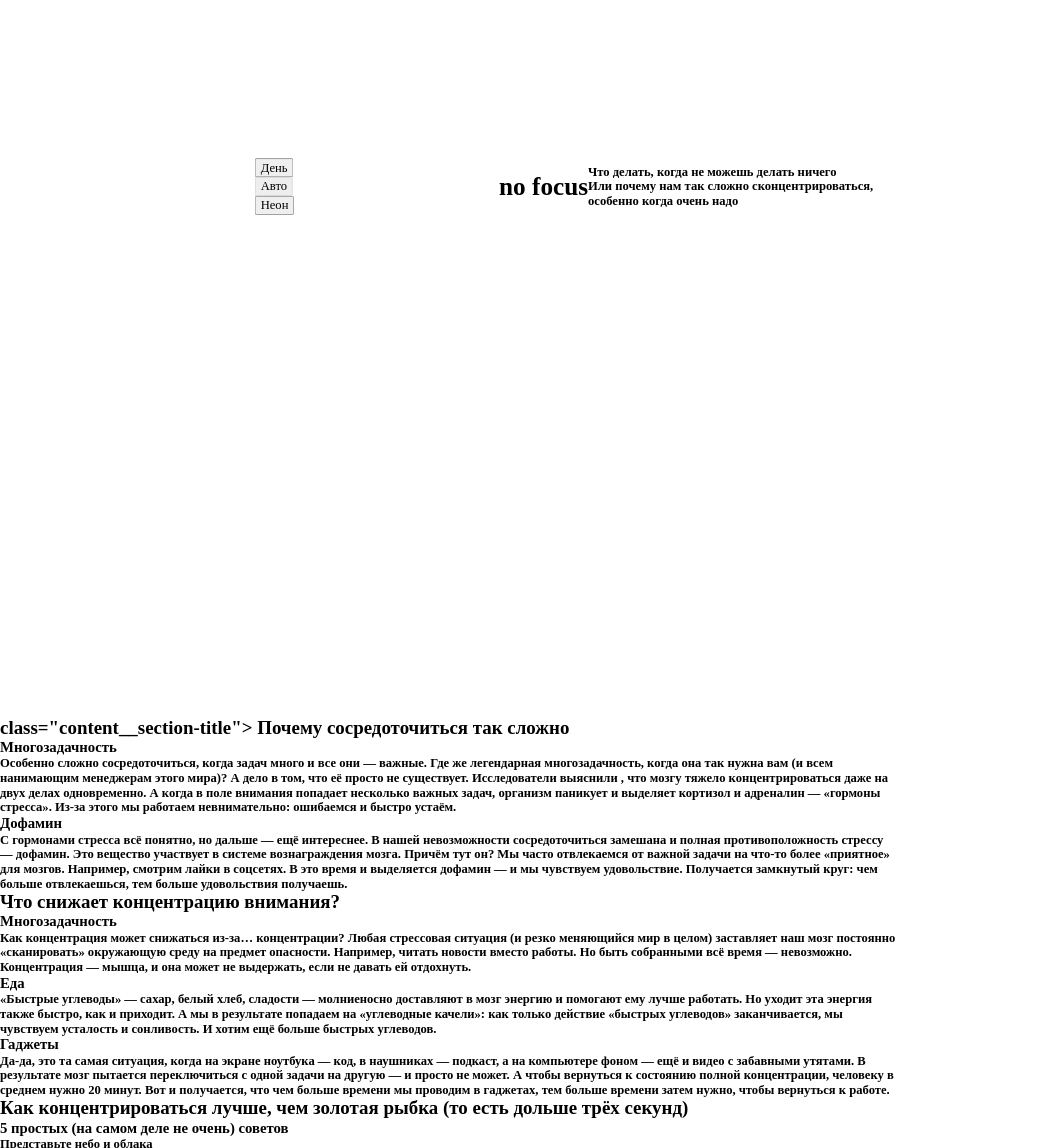
Repository: NikWolf75/slozhno-sosredotochitsya-fd
Page: index.html
An editor plug-in stored every save of this project. The page is shown before and after a run of saves, followed by the edit.
The browser window is 1280 px wide. The page is 1500 px wide, so the pictures cover 1500 px, including what lies to the right of the window. The pictures show the part of the page from y = 0 to 1640 px (the page is 5089 px tall before and 4833 px after), at 70% of full size.

Above is the page before, as saved 2025-02-26 11:24:24.

### index.html
<!DOCTYPE html>
<html lang="ru">
  <head>
    <meta charset="UTF-8" />
    <meta http-equiv="X-UA-Compatible" content="IE=edge" />
    <meta name="viewport" content="width=device-width, initial-scale=1.0" />
    <meta name="color-scheme" content="dark light" />
    <link rel="stylesheet" href=".fonts/fonts.css" />
    <link rel="stylesheet" href=".styles/globals.css" />
    <link rel="stylesheet" href="./styles/variables.css" />
    <link rel="stylesheet" href="./styles/style.css" />
    <link rel="stylesheet" href="./styles/dark.css" />
    <link rel="stylesheet" href="./styles/light.css" />
    <link rel="icon" href="image/favicon.ico" />
    <title>Сложно сосредоточиться</title>
    <script src="./scripts/script.js"></script>
  </head>
  <body class="page">
    <div class="rec_element" aria-hidden="true"></div>
    <header class="header decorated-zone">
      <nav class="header__theme-menu">
        <ul class="header__theme-menu-list">
          <li class="header__theme-menu-item">
            <button
              class="header__theme-menu-button header__theme-menu-button_type_light"
            >
              День
            </button>
          </li>
          <li class="header__theme-menu-item">
            <button
              class="header__theme-menu-button header__theme-menu-button_active header__theme-menu-button_type_auto"
              disabled
            >
              Авто
            </button>
          </li>
          <li class="header__theme-menu-item">
            <button
              class="header__theme-menu-button header__theme-menu-button_type_dark"
            >
              Неон
            </button>
          </li>
        </ul>
      </nav>
      <h1 class="header__title">no focus</h1>
      <div class="header__undertitle title-decor">
        <p>Что делать, когда не можешь делать ничего</p>
        <p>
          Или почему нам так сложно сконцентрироваться, особенно когда очень
          надо
        </p>
      </div>
    </header>
    <main class="content">
      <section class="content__section content__why">
        <h2>
          class="content__section-title"> Почему сосредоточиться так сложно
        </h2>
        <article class="content__section-text_block">
          <h3 class="content__section-text_block-undertitle title-decor">
            Многозадачность
          </h3>
          <p class="content__section-text_block-text">
            Особенно сложно сосредоточиться, когда задач много и все они —
            важные. Где же легендарная многозадачность, когда она так нужна вам
            (и всем нанимающим менеджерам этого мира)? А дело в том, что её
            просто не существует. Исследователи выяснили , что мозгу тяжело
            концентрироваться даже на двух делах одновременно. А когда в поле
            внимания попадает несколько важных задач, организм паникует и
            выделяет кортизол и адреналин — «гормоны стресса». Из-за этого мы
            работаем невнимательно: ошибаемся и быстро устаём.
          </p>
        </article>
        <article class="content__section-text_block">
          <h3 class="content__section-text_block-undertitle title-decor">
            Дофамин
          </h3>
          <p class="content__section-text_block-text">
            С гормонами стресса всё понятно, но дальше — ещё интереснее. В нашей
            невозможности сосредоточиться замешана и полная противоположность
            стрессу — дофамин. Это вещество участвует в системе вознаграждения
            мозга. Причём тут он? Мы часто отвлекаемся от важной задачи на
            что-то более «приятное» для мозгов. Например, смотрим лайки в
            соцсетях. В это время и выделяется дофамин — и мы чувствуем
            удовольствие. Получается замкнутый круг: чем больше отвлекаешься,
            тем больше удовольствия получаешь.
          </p>
        </article>
      </section>
      <section class="content__section content__what">
        <h2 class="content__section-title">
          Что снижает концентрацию внимания?
        </h2>
        <article class="content__section-text_block">
          <h3 class="content__section-text_block">Многозадачность</h3>
          <p class="content__section-item-text">
            Как концентрация может снижаться из-за… концентрации? Любая
            стрессовая ситуация (и резко меняющийся мир в целом) заставляет наш
            мозг постоянно «сканировать» окружающую среду на предмет опасности.
            Например, читать новости вместо работы. Но быть собранными всё время
            — невозможно. Концентрация — мышца, и она может не выдержать, если
            не давать ей отдохнуть.
          </p>
        </article>
        <article class="content__section-text_block">
          <h3 class="content__section-text_block-undertitle title-decor">
            Еда
          </h3>
          <p class="content__section-text_block-text">
            «Быстрые углеводы» — сахар, белый хлеб, сладости — молниеносно
            доставляют в мозг энергию и помогают ему лучше работать. Но уходит
            эта энергия также быстро, как и приходит. А мы в результате попадаем
            на «углеводные качели»: как только действие «быстрых углеводов»
            заканчивается, мы чувствуем усталость и сонливость. И хотим ещё
            больше быстрых углеводов.
          </p>
        </article>
        <article class="content__section-text_block">
          <h3 class="content__section-text_block-undertitle title-decor">
            Гаджеты
          </h3>
          <p class="content__section-text_block-text">
            Да-да, это та самая ситуация, когда на экране ноутбука — код, в
            наушниках — подкаст, а на компьютере фоном — ещё и видео с забавными
            утятами. В результате мозг пытается переключиться с одной задачи на
            другую — и просто не может. А чтобы вернуться к состоянию полной
            концентрации, человеку в среднем нужно 20 минут. Вот и получается,
            что чем больше времени мы проводим в гаджетах, тем больше времени
            затем нужно, чтобы вернуться к работе.
          </p>
        </article>
      </section>
      <section class="content__section content_how">
        <h2 class="content__section-title">
          Как концентрироваться лучше, чем золотая рыбка (то есть дольше трёх
          секунд)
        </h2>
        <article class="content__section-text_block">
          <h3
            class="content__section-text_block-undertitle tips-undertitle title-decor"
          >
            5 простых (на самом деле не очень) советов
          </h3>
          <h4 class="content__section-text_block-undertitle tips-undertitle">
            Представьте небо и облака
          </h4>
          <p class="content__section-text_block-text">
            Или листья в ручье. Тут дело в лёгкой медитации, которая помогает
            успокоиться. Ведь часто именно тревожные мысли о сложных задачах как
            раз и мешают эти сложные задачи делать. В такие моменты можно
            закрыть глаза и представить, что чистое небо — это вы, а облака —
            тревожные мысли. И сколько бы их ни было — ясное небо всегда будет
            где-то там, за тучами, и никуда не денется. Это упражнение поможет
            вернуться в настоящий момент, а не волноваться о потенциальных
            проблемах из будущего.
          </p>
        </article>
        <article class="content__section-text_block">
          <h4 class="content__section-text_block-undertitle title-decor">
            Включите музыку
          </h4>
          <p class="content__section-text_block-text">
            Но не любую, и не любимую. Любимая может быть связана с сильными
            положительными эмоциями, которые тоже очень сильно отвлекают.
            Подойдёт тихая, спокойная, умеренно-ритмичная. Можно вообще
            попробовать включить плейлист с «белым шумом» или нейромузыкой.
          </p>
        </article>
        <article class="content__section-text_block">
          <h4 class="content__section-text_block-undertitle title-decor">
            Прогуляйтесь
          </h4>
          <p class="content__section-text_block-text">
            Или даже пробегитесь. Лучше найти парк или лес: один эксперимент
            показал , что созерцание природы повышает концентрацию, в то время
            как после просмотра городских пейзажей она наоборот понижается.
            Можно совместить прогулку с физическими упражнениями или бегом — так
            в мозг поступит ещё больше кислорода и он будет лучше работать. Но и
            простая двадцатиминутная прогулка — тоже отличный вариант.
          </p>
        </article>
        <article class="content__section-text_block">
          <h4 class="content__section-text_block-undertitle title-decor">
            Хорошо ешьте
          </h4>
          <p class="content__section-text_block-text">
            Мы — не ваша бабушка, но это правда важно. Выбирайте продукты,
            которые препятствуют резким скачкам сахара в крови. Например, с
            высоким содержанием клетчатки: овощи, ягоды, бобовые (нут, чечевица,
            фасоль), коричневый рис, хлеб из цельнозерновой пшеницы.
          </p>
        </article>
        <article class="content__section-text_block">
          <h4 class="content__section-text_block-undertitle title-decor">
            Читайте
          </h4>
          <p class="content__section-text_block-text">
            Настоящие бумажные книги. Это правда помогает с концентрацией: чтобы
            прочитать пост в соцсети, достаточно нескольких минут или даже
            секунд. А вот интересная книга способна затянуть и на несколько
            часов и круто тренирует направленное внимание.
          </p>
        </article>
      </section>
      <section class="content__section content__gallery">
        <h2 class="content__section-text_block-undertitle title-decor">
          А можно в картинках?
        </h2>
        <div class="content_section-images_gallery">
          <img
            class="content__section-image"
            src="./images/sunset.png"
            alt="Вид острова на закате"
            loading="lazy"
          />
          <img
            class="content__section-image"
            src="./images/ice-cream.png"
            alt="Чаша с мороженным"
            loading="lazy"
          />
          <img
            class="content__section-image"
            src="./images/tape.png"
            alt="Кассета"
            loading="lazy"
          />
          <img
            class="content__section-image"
            src="./images/books.png"
            alt="Стопка книг"
            loading="lazy"
          />
          <img
            class="content__section-image"
            src="./images/street.png"
            alt="Улица"
            loading="lazy"
          />
        </div>
      </section>
    </main>
    <footer class="footer decorated-zone">
      <h2 class="footer_title">focus</h2>
    </footer>
  </body>
</html>

### styles/style.css
.page {
  display: flex;
  flex-direction: column;
  font-family: var(--main-font, 'IBM Plex mono') monospace;
  font-size: 18px;
  block-size: min-content;
  position: relative;
  font-weight: 700;
  background-color: var(--main-background-color);
  background-image: var(--main-background-image);
  background-repeat: no-repeat;
  background-attachment: fixed;
  background-position: center;
  background-size: cover;
 }

 .header {
  display: grid;
  grid-template-columns: repeat(3, 1fr);
  grid-template-rows: 1fr min-content 1fr;
  justify-items: end;
  align-items: center;
  position: relative;
  block-size: max(668px, 100vh);
 }

 @media (width >= 768px) {
    .header {
      block-size: max(1024px, 100vh);
      padding: 20px 20px 20px 0;
    }
 }

 @media (width >= 1024px) {
  .header {
    block-size: max(1024px, 100vh);
  }
}

### scripts/script.js
(function initTheme() {
  const theme = localStorage.getItem('theme');
  if (theme) {
    setTheme(theme);
  }
})();

document.addEventListener('DOMContentLoaded', () => {
  const currentTheme = [...document.documentElement.classList]
    .find((cn) => cn.startsWith('theme-'))
    ?.replace('theme-', '');
  const themeButtons = [
    ...document.querySelectorAll('.header__theme-menu-button'),
  ];
  setActiveButton(themeButtons, currentTheme);

  themeButtons.forEach((button) => {
    button.addEventListener('click', () => {
      const chosenTheme = [...button.classList]
        .find((cn) => cn.includes('_type_'))
        .split('_type_')[1];
      setTheme(chosenTheme);
      setActiveButton(themeButtons, chosenTheme);
    });
  });
});

function setTheme(theme) {
  document.documentElement.className = '';
  document.documentElement.classList.add(`theme-${theme}`);
  localStorage.setItem('theme', theme);
}

function setActiveButton(buttonsArray, theme) {
  buttonsArray.forEach((button) => {
    button.classList.remove('header__theme-menu-button_active');
    button.removeAttribute('disabled');
  });
  const target = buttonsArray.find((button) =>
    button.classList.contains(`header__theme-menu-button_type_${theme}`)
  );
  if (target) {
    target.classList.add('header__theme-menu-button_active');
    target.setAttribute('disabled', true);
  } else {
    const autoButton = document.querySelector(
      '.header__theme-menu-button_type_auto'
    );
    autoButton.classList.add('header__theme-menu-button_active');
    autoButton.setAttribute('disabled', true);
  }
}

Loaded but not shown: fonts/fonts.css (common file); styles/globals.css (common file); styles/variables.css (common file); styles/dark.css (common file); styles/light.css (common file)

After the next 2 saves:
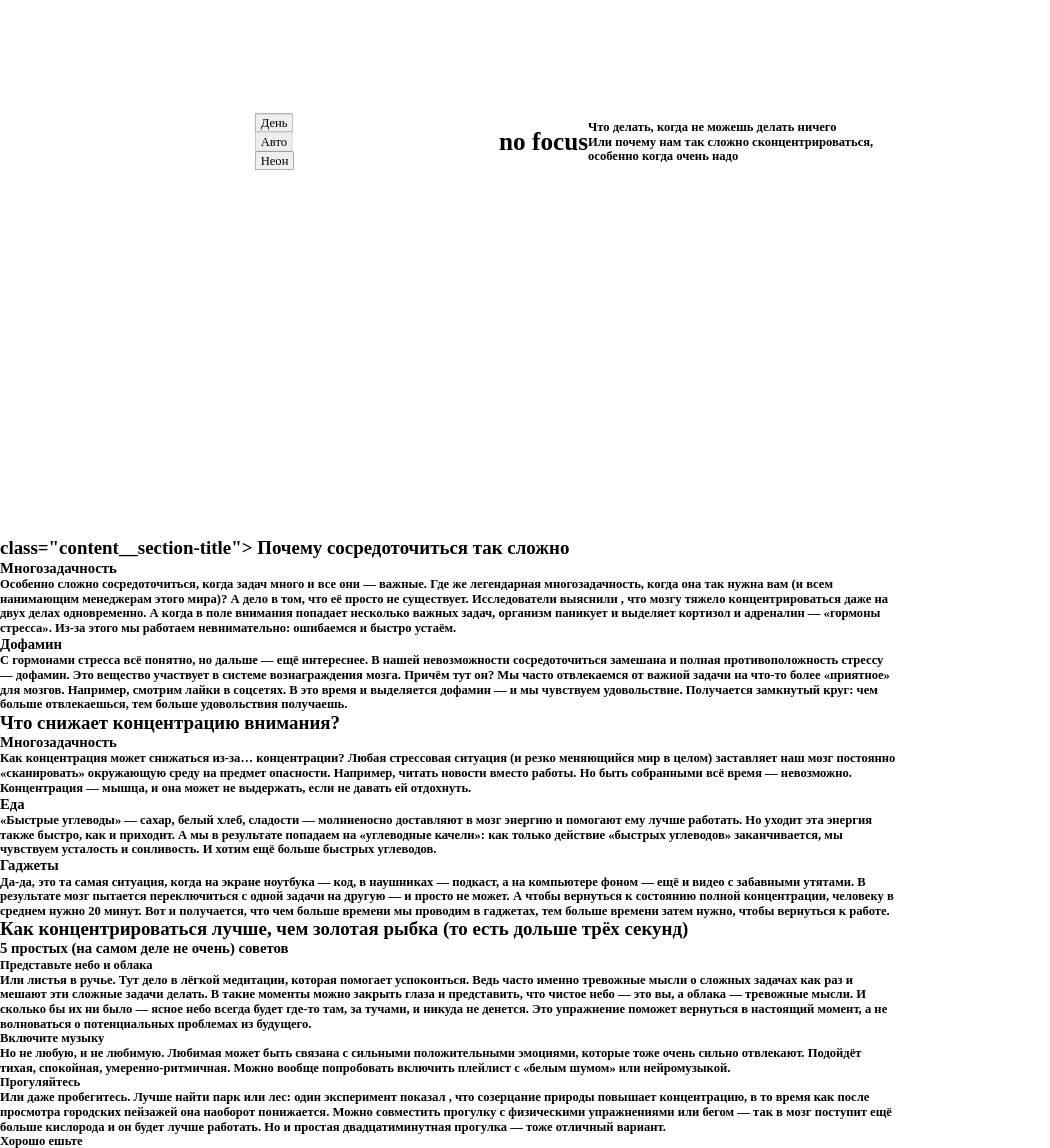
The 2 saves are shown as one change because they came seconds apart.
The last was saved 5 s later.
--- a/styles/style.css
+++ b/styles/style.css
@@ -33,6 +33,6 @@
 
  @media (width >= 1024px) {
   .header {
-    block-size: max(1024px, 100vh);
+    block-size: max(768px, 100vh);
   }
 }
